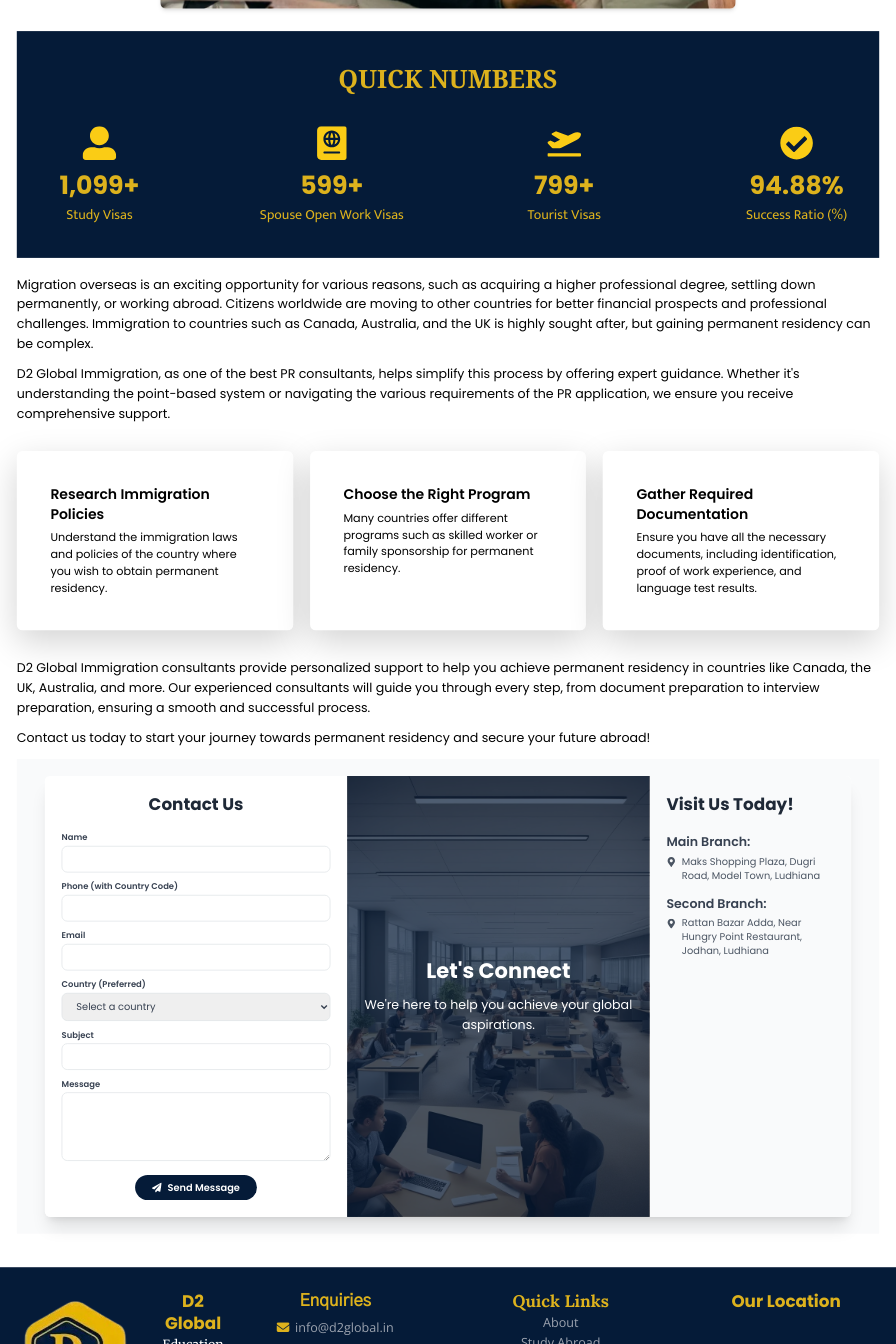
Repository: abhijeets54/d2globalbackup
Page: /PR
An editor plug-in stored every save of this project. The page is shown before and after the next save, followed by the edit.
The browser window is 1280 px wide. The pictures show the part of the page from y = 858 to 2778 px (the page is 3033 px tall before and 2339 px after), at 70% of full size.
Pictures or frames that could not be fetched are drawn as grey boxes. Some web fonts or font styles are not loaded; a fallback is used. The project was rebuilt for these pictures with package versions that can differ from the ones it lists, and the page was loaded fresh each time. Also part of the build but not shown: vite.config.js, src/components/Logo.jsx, src/components/Button.jsx, src/components/PostCard.jsx, src/components/Input.jsx, src/components/Collage.jsx, src/components/OurAssociates.jsx, src/components/WhatPeopleAreSaying.jsx and 32 more.

Above is the page before, as saved 2024-10-22 14:49:31.

### index.html
<!doctype html>
<html lang="en">
  <head>
    <meta charset="UTF-8" />
    <link rel="icon" type="image/svg+xml" href="/logo.png" />
    <meta name="viewport" content="width=device-width, initial-scale=1.0" />
    <link href="https://fonts.googleapis.com/css2?family=Gothic+A1&family=Inconsolata:wght@200..900&family=Mukta:wght@200;300;400;500;600;700;800&family=Poppins:ital,wght@0,100;0,200;0,300;0,400;0,500;0,600;0,700;0,800;0,900;1,100;1,200;1,300;1,400;1,500;1,600;1,700;1,800;1,900&display=swap" rel="stylesheet">
    <link rel="preconnect" href="https://fonts.googleapis.com">
<link rel="preconnect" href="https://fonts.gstatic.com" crossorigin>
<link href="https://fonts.googleapis.com/css2?family=Lora:ital,wght@0,400..700;1,400..700&family=Merriweather:ital,wght@0,300;0,400;0,700;0,900;1,300;1,400;1,700;1,900&family=Open+Sans:ital,wght@0,300..800;1,300..800&family=Playfair+Display:ital,wght@0,400..900;1,400..900&display=swap" rel="stylesheet">
    <link rel="preconnect" href="https://fonts.googleapis.com">
<link rel="preconnect" href="https://fonts.gstatic.com" crossorigin>
<link href="https://fonts.googleapis.com/css2?family=Lora:ital,wght@0,400..700;1,400..700&family=Merriweather:ital,wght@0,300;0,400;0,700;0,900;1,300;1,400;1,700;1,900&family=Open+Sans:ital,wght@0,300..800;1,300..800&display=swap" rel="stylesheet">
    <link rel="preconnect" href="https://fonts.googleapis.com">
<link rel="preconnect" href="https://fonts.gstatic.com" crossorigin>
<link href="https://fonts.googleapis.com/css2?family=Merriweather:ital,wght@0,300;0,400;0,700;0,900;1,300;1,400;1,700;1,900&display=swap" rel="stylesheet">
    <link href="https://cdn.jsdelivr.net/npm/bootstrap@5.3.3/dist/css/bootstrap.min.css" rel="stylesheet" integrity="sha384-QWTKZyjpPEjISv5WaRU9OFeRpok6YctnYmDr5pNlyT2bRjXh0JMhjY6hW+ALEwIH" crossorigin="anonymous">
    <link
  rel="stylesheet"
  href="https://cdnjs.cloudflare.com/ajax/libs/font-awesome/5.15.3/css/all.min.css"
/>
    <title>D2 Global</title>
  </head>
  <body class="bg-slate-400">
    <div id="root"></div>
    <script src="https://cdn.jsdelivr.net/npm/bootstrap@5.3.3/dist/js/bootstrap.bundle.min.js" integrity="sha384-YvpcrYf0tY3lHB60NNkmXc5s9fDVZLESaAA55NDzOxhy9GkcIdslK1eN7N6jIeHz" crossorigin="anonymous"></script>
    <script type="module" src="/src/main.jsx"></script>
  </body>
</html>

### src/main.jsx
import React from 'react';
import ReactDOM from 'react-dom/client';
import { RouterProvider, createBrowserRouter } from 'react-router-dom';
import App from './App.jsx';
import './index.css';
import Home from './pages/Home.jsx';
import About from './components/About.jsx';
import Layout from './components/Layout.jsx';
import AboutUs from './pages/AboutUs.jsx';
import StudyUK from './pages/StudyUK.jsx';
import StudyAus from './pages/StudyAus.jsx';
import StudyCan from './pages/StudyCan.jsx';
import StudyNz from './pages/StudyNz.jsx';
import StudyUSA from './pages/StudyUSA.jsx';
import StudyEurope from './pages/StudyEurope.jsx';
import StudyDubai from './pages/StudyDubai.jsx';
import StudyAbroad from './pages/StudyAbroad.jsx';
import Training from './pages/Training.jsx';
import TouristVisa from './pages/TouristVisa.jsx';
import WorkVisa from './pages/WorkVisa.jsx';
import VisitorVisa from './pages/VisitorVisa.jsx';
import Contactpage from './pages/Contactpage.jsx';
import PR from './pages/PR.jsx';
import IELTSCoaching from './pages/IELTSCoaching.jsx';
import PTECoaching from './pages/PTECoaching.jsx';
import SuccessStories from './pages/SuccessStories.jsx';

const router = createBrowserRouter([
  {
    path: '/',
    element: <App />,
    children: [
      {
        element: <Layout />,
        children: [
          { path: '/', element: <Home /> },
          { path: '/About', element: <About />},
          { path: '/AboutUs', element: <AboutUs />},
          { path: '/StudyUK', element: <StudyUK /> },
          { path: '/StudyAus', element: <StudyAus /> },
          { path: '/StudyAbroad', element: <StudyAbroad /> },
          { path: '/Training', element: <Training /> },
          { path: '/SuccessStories', element: <SuccessStories /> },
          { path: '/StudyUSA', element: <StudyUSA /> },
          { path: '/Contactpage', element: <Contactpage /> },
          { path: '/IELTSCoaching', element: <IELTSCoaching /> },
          { path: '/PTECoaching', element: <PTECoaching /> },
          { path: '/PR', element: <PR /> },
          { path: '/WorkVisa', element: <WorkVisa /> },
          { path: '/StudyEurope', element: <StudyEurope /> },
          { path: '/StudyDubai', element: <StudyDubai /> },
          { path: '/TouristVisa', element: <TouristVisa /> },
          { path: '/VisitorVisa', element: <VisitorVisa /> },
          { path: '/StudyCan', element: <StudyCan /> },
          { path: '/StudyNz', element: <StudyNz /> },
        ],
      },
    ],
  },
]);

ReactDOM.createRoot(document.getElementById('root')).render(
  <React.StrictMode>
    <RouterProvider router={router} />
  </React.StrictMode>
);

### src/App.jsx
import React, { useState, useEffect } from 'react'
import './App.css'
import { Footer, Header } from './components'
import { Outlet } from 'react-router-dom'


function App() {
  const [loading, setLoading] = useState(false)

  return !loading ? (
    <div className='min-h-screen flex flex-wrap content-between bg-gray-400'>
      <div className='w-full block'>
        <Header />
        <main>
        <Outlet />
        </main>
        <Footer />
      </div>
    </div>
  ) : null
}

export default App

### src/index.css
@tailwind base;
@tailwind components;
@tailwind utilities;

@keyframes slideIn {
    from {
      transform: translateX(100%);
      opacity: 0;
    }
    to {
      transform: translateX(0);
      opacity: 1;
    }
  }

  .slide-in {
    animation: slideIn 0.5s ease-out;
  }
  /* Animation for sliding content */
.slide-enter {
    transform: translateX(100%);
    opacity: 0;
  }

  .slide-enter-active {
    transform: translateX(0);
    opacity: 1;
    transition: transform 0.3s ease-in-out, opacity 0.3s ease-in-out;
  }

  .slide-exit {
    transform: translateX(0);
    opacity: 1;
  }

  .slide-exit-active {
    transform: translateX(-100%);
    opacity: 0;
    transition: transform 0.3s ease-in-out, opacity 0.3s ease-in-out;
  }

  /* Custom CSS to hide the scrollbar */
.scrollbar-hide::-webkit-scrollbar {
    display: none;
  }

  .scrollbar-hide {
    -ms-overflow-style: none; /* IE and Edge */
    scrollbar-width: none; /* Firefox */
  }

  @layer utilities {
    @keyframes slideIn {
      from {
        opacity: 0;
        transform: translateX(100%);
      }
      to {
        opacity: 1;
        transform: translateX(0);
      }
    }

    .animate-slide-in {
      animation: slideIn 0.7s ease-out forwards;
    }
  }
  /* Optional: Add custom animations */
@keyframes move-plane {
  from {
    transform: translateY(0);
  }
  to {
    transform: translateY(500px); /* Adjust this value based on the desired movement */
  }
}
@keyframes slideInLeft {
  from {
    transform: translateX(-100%);
    opacity: 0;
  }
  to {
    transform: translateX(0);
    opacity: 1;
  }
}

@keyframes slideInRight {
  from {
    transform: translateX(100%);
    opacity: 0;
  }
  to {
    transform: translateX(0);
    opacity: 1;
  }
}

.slide-in-left {
  animation: slideInLeft 0.5s forwards;
}

.slide-in-right {
  animation: slideInRight 0.5s forwards;
}
@media (max-width: 768px) {
  .left-slide, .right-slide {
    left: -80px; /* Adjust for smaller screens */
    transform: translateX(-5px); /* Adjust for spacing */
  }
}

@media (max-width: 480px) {
  .left-slide, .right-slide {
    left: -60px; /* Adjust for mobile screens */
    transform: translateX(-3px); /* Adjust for spacing */
  }

  .w-56 {
    width: 90% !important; /* Full width on mobile */
  }

  .w-64 {
    width: 90% !important; /* Full width on mobile */
  }
}

@keyframes slide-left {
  from {
    transform: translateX(-100%);
  }
  to {
    transform: translateX(0);
  }
}

@keyframes slide-right {
  from {
    transform: translateX(100%);
  }
  to {
    transform: translateX(0);
  }
}

.animate-slide-left {
  animation: slide-left 0.5s ease-in-out;
}

.animate-slide-right {
  animation: slide-right 0.5s ease-in-out;
}

/* In your CSS file */
.blurred-bg {
  background-image: url('/path-to-your-image.jpg'); /* Background image */
  background-size: cover;
  background-position: center;
  filter: blur(8px); /* Adjust blur as needed */
  position: absolute;
  top: 0;
  left: 0;
  right: 0;
  bottom: 0;
  z-index: -1; /* Send it behind other content */
}

### src/components/Layout.jsx
// src/components/Layout.jsx
import React from 'react';
import { Outlet, useNavigate } from 'react-router-dom';

const Layout = () => {
  const navigate = useNavigate();

  const handleDonateClick = () => {
    navigate('/Donate');
  };

  return (
    <div>
      <Outlet />
      {/* <a
        href="#top"
        className="fixed right-2 bottom-16 bg-blue-950 text-white hover:bg-yellow-500 py-1 px-2 rounded-2 h-8 w-10 mt-2"
        style={{ zIndex: 1000 }}
      >
        <img src="../../IOC Website pictures/icons8-top-50.png" alt="Go to top " />
      </a> */}
    </div>
  );
};

export default Layout;

### src/pages/PR.jsx
import React from 'react';
import prImage from '/pr.webp';
import QuickNumbers from '../components/QuickNumbers';
import Register from '../components/Register';
import QuickEnquiry from '../components/ContactUs/QuickEnquiry';

const PR = () => {
  return (
    <>
    {/* <QuickEnquiry/> */}
      <div className="w-full bg-white px-4 sm:px-6 md:px-8 py-5">
        {/* Heading */}
        <h1 className="text-3xl font-bold mb-4 text-left text-black">
          Permanent Residency Program
        </h1>

        {/* Initial Text */}
        <p className="text-lg text-left text-black mb-6">
          We at D2 Global Immigration provide consultancy for the Permanent Residency program under Express Entry for Canada. We offer a free assessment to our clients, followed by a detailed counseling session, explaining the entire process. Our services include explaining the point-based system for Canada PR, the requirements, the filing process, and the fee structure—all with complete transparency. Visit our nearest branch to get your profile assessed.
        </p>

        {/* Image */}
        <div className="w-full flex justify-center mb-8">
          <img src={prImage} alt="Permanent Residency Consultation" className="rounded-lg shadow-md w-full md:w-2/3" />
        </div>

        <QuickNumbers/>
            <br />
        {/* Further Details */}
        <div className="text-lg text-left text-black space-y-4">
          <p>
            Migration overseas is an exciting opportunity for various reasons, such as acquiring a higher professional degree, settling down permanently, or working abroad. Citizens worldwide are moving to other countries for better financial prospects and professional challenges. Immigration to countries such as Canada, Australia, and the UK is highly sought after, but gaining permanent residency can be complex.
          </p>

          <p>
            D2 Global Immigration, as one of the best PR consultants, helps simplify this process by offering expert guidance. Whether it's understanding the point-based system or navigating the various requirements of the PR application, we ensure you receive comprehensive support.
          </p>
        </div>

        {/* Steps Section with Dynamic Boxes */}
        <div className="grid grid-cols-1 md:grid-cols-2 lg:grid-cols-3 gap-6 mt-10">
          {/* Step 1 */}
          <div className="bg-white p-5 shadow-lg rounded-lg hover:shadow-2xl transition-shadow duration-300 ease-in-out">
            <h3 className="text-xl font-semibold text-black mb-2 text-left">Research Immigration Policies</h3>
            <p className="text-black text-left">
              Understand the immigration laws and policies of the country where you wish to obtain permanent residency.
            </p>
          </div>
          {/* Step 2 */}
          <div className="bg-white p-5 shadow-lg rounded-lg hover:shadow-2xl transition-shadow duration-300 ease-in-out">
            <h3 className="text-xl font-semibold text-black mb-2 text-left">Choose the Right Program</h3>
            <p className="text-black text-left">
              Many countries offer different programs such as skilled worker or family sponsorship for permanent residency.
            </p>
          </div>
          {/* Step 3 */}
          <div className="bg-white p-5 shadow-lg rounded-lg hover:shadow-2xl transition-shadow duration-300 ease-in-out">
            <h3 className="text-xl font-semibold text-black mb-2 text-left">Gather Required Documentation</h3>
            <p className="text-black text-left">
              Ensure you have all the necessary documents, including identification, proof of work experience, and language test results.
            </p>
          </div>
        </div>

        {/* Closing Section */}
        <div className="mt-10 text-lg text-left text-black space-y-4">
          <p>
            D2 Global Immigration consultants provide personalized support to help you achieve permanent residency in countries like Canada, the UK, Australia, and more. Our experienced consultants will guide you through every step, from document preparation to interview preparation, ensuring a smooth and successful process.
          </p>
          <p>
            Contact us today to start your journey towards permanent residency and secure your future abroad!
          </p>
          <Register/>
        </div>
      </div>
    </>
  );
};

export default PR;

### src/App.css
#root {
  margin: 0 auto;
  text-align: center;
  font-family: "Poppins", sans-serif;
  font-weight: 400;
  font-style: normal;
}

/* Global reset for margins and padding */
* {
  margin: 0;
  padding: 0;
  box-sizing: border-box;
}

.logo {
  height: 6em;
  padding: 1.5em;
  will-change: filter;
  transition: filter 300ms;
}
.logo:hover {
  filter: drop-shadow(0 0 2em #646cffaa);
}
.logo.react:hover {
  filter: drop-shadow(0 0 2em #61dafbaa);
}

@keyframes logo-spin {
  from {
    transform: rotate(0deg);
  }
  to {
    transform: rotate(360deg);
  }
}

@media (prefers-reduced-motion: no-preference) {
  a:nth-of-type(2) .logo {
    animation: logo-spin infinite 20s linear;
  }
}

.card {
  padding: 2em;
}

.read-the-docs {
  color: #888;
}

/*Animation banner*/
/* App.css */
/* App.css */
.animate-scroll {
  display: flex;
  animation: scroll 43s linear infinite;
}

@keyframes scroll {
  0% {
    transform: translateX(100%);
  }
  80% {
    transform: translateX(-20%);
  }
  100% {
    transform: translateX(-100%);
  }
}

/*Font*/
.poppins-thin {
  font-family: "Poppins", sans-serif;
  font-weight: 100;
  font-style: normal;
}

.poppins-extralight {
  font-family: "Poppins", sans-serif;
  font-weight: 200;
  font-style: normal;
}

.poppins-light {
  font-family: "Poppins", sans-serif;
  font-weight: 300;
  font-style: normal;
}

.poppins-regular {
  font-family: "Poppins", sans-serif;
  font-weight: 400;
  font-style: normal;
}

.poppins-medium {
  font-family: "Poppins", sans-serif;
  font-weight: 500;
  font-style: normal;
}

.poppins-semibold {
  font-family: "Poppins", sans-serif;
  font-weight: 600;
  font-style: normal;
}

.poppins-bold {
  font-family: "Poppins", sans-serif;
  font-weight: 700;
  font-style: normal;
}

.poppins-extrabold {
  font-family: "Poppins", sans-serif;
  font-weight: 800;
  font-style: normal;
}

.poppins-black {
  font-family: "Poppins", sans-serif;
  font-weight: 900;
  font-style: normal;
}

.poppins-thin-italic {
  font-family: "Poppins", sans-serif;
  font-weight: 100;
  font-style: italic;
}

.poppins-extralight-italic {
  font-family: "Poppins", sans-serif;
  font-weight: 200;
  font-style: italic;
}

.poppins-light-italic {
  font-family: "Poppins", sans-serif;
  font-weight: 300;
  font-style: italic;
}

.poppins-regular-italic {
  font-family: "Poppins", sans-serif;
  font-weight: 400;
  font-style: italic;
}

.poppins-medium-italic {
  font-family: "Poppins", sans-serif;
  font-weight: 500;
  font-style: italic;
}

.poppins-semibold-italic {
  font-family: "Poppins", sans-serif;
  font-weight: 600;
  font-style: italic;
}

.poppins-bold-italic {
  font-family: "Poppins", sans-serif;
  font-weight: 700;
  font-style: italic;
}

.poppins-extrabold-italic {
  font-family: "Poppins", sans-serif;
  font-weight: 800;
  font-style: italic;
}

.poppins-black-italic {
  font-family: "Poppins", sans-serif;
  font-weight: 900;
  font-style: italic;
}

/*our Associates */
@keyframes scroll {
  0% {
    transform: translate3d(0, 0, 0);
  }
  100% {
    transform: translate3d(-50%, 0, 0);
  }
}

.animate-scroll1 {
  animation: scroll 20s linear infinite;
}

/*What people are saying*/
@keyframes scroll {
  0% {
    transform: translateX(100%);
  }
  100% {
    transform: translateX(-100%);
  }
}

.animate-scroll2 {
  overflow: hidden;
  display: flex;
  white-space: wrap;
  animation: scroll 45s linear infinite;
}

/* in your CSS file */

### src/components/QuickNumbers.jsx
import React, { useEffect, useState, useRef } from 'react';
import CountUp from 'react-countup';
import { FaUserAlt, FaPassport, FaPlaneDeparture, FaCheckCircle } from 'react-icons/fa';
import 'tailwindcss/tailwind.css';

const data = [
  {
    icon: <FaUserAlt className="h-12 w-12 text-yellow-400 mb-2" />,
    number: 1100,
    label: 'Study Visas'
  },
  {
    icon: <FaPassport className="h-12 w-12 text-yellow-400 mb-2" />,
    number: 600,
    label: 'Spouse Open Work Visas'
  },
  {
    icon: <FaPlaneDeparture className="h-12 w-12 text-yellow-400 mb-2" />,
    number: 800,
    label: 'Tourist Visas'
  },
  {
    icon: <FaCheckCircle className="h-12 w-12 text-yellow-400 mb-2" />,
    number: 95,
    label: 'Success Ratio (%)',
    isDecimal: true,
  }
];

function QuickNumbers() {
  const [showCounts, setShowCounts] = useState(false);
  const quickNumbersRef = useRef(null);

  useEffect(() => {
    const observer = new IntersectionObserver(
      (entries) => {
        if (entries[0].isIntersecting) {
          setShowCounts(true);
        }
      },
      { threshold: 0.2 }
    );

    if (quickNumbersRef.current) {
      observer.observe(quickNumbersRef.current);
    }

    return () => {
      if (quickNumbersRef.current) {
        observer.unobserve(quickNumbersRef.current);
      }
    };
  }, []);

  return (
    <div ref={quickNumbersRef} className="bg-customBlue w-full">
      <h2 className="text-center text-2xl sm:text-4xl font-serif font-extrabold text-customYellow pt-5 mb-8">
        QUICK NUMBERS
      </h2>

      {/* Responsive Grid Layout */}
      <div className="grid grid-cols-1 sm:grid-cols-2 lg:grid-cols-4 gap-8 lg:gap-24 mt-5 pb-5">
        {data.map((item, index) => (
          <div key={index} className="text-center text-customYellow flex flex-col items-center">
            <div className="quicknumber flex flex-col justify-center items-center">
              <div className="icon mb-2">{item.icon}</div>
              <h3 className="text-2xl sm:text-4xl font-bold font-poppins"> {/* Use custom font here */}
                {showCounts && (
                  <CountUp
                    end={item.number}
                    duration={7}
                    decimals={item.isDecimal ? 2 : 0}
                    suffix={item.isDecimal ? "%" : "+"}
                  />
                )}
              </h3>
              <p className="mt-2 text-base sm:text-xl font-mukta"> {/* Use custom font here */}
                {item.label}
              </p>
            </div>
          </div>
        ))}
      </div>
    </div>
  );
}

export default QuickNumbers;

### src/components/ContactUs/ContactUs.jsx
import React from 'react';
import '@fortawesome/fontawesome-free/css/all.min.css';

const ContactUs = () => {
  return (
    <footer className="bg-customBlue text-customYellow py-8">
      <div className="container mx-auto grid grid-cols-1 md:grid-cols-2 lg:grid-cols-4 gap-8 text-lg">

        {/* Logo and Company Name Section */}
        <div className="flex items-center md:items-start space-x-4">
          <img src="/logo.png" alt="D2 Global Logo" className="w-32 h-auto md:w-48" />
          <div className="flex flex-col">
            <p className="text-2xl font-bold font-poppins">D2 Global</p>
            <p className="text-white text-lg font-merriweather">Education and Immigration</p>
          </div>
        </div>

        {/* Enquiries Section */}
        <div className="space-y-2 text-center md:text-left">
          <p className="font-bold text-2xl font-gothic">Enquiries</p>
          <p>
            <i className="fas fa-envelope mr-2"></i>
            <a href="mailto:info@d2global.com" className="text-gray-400 hover:text-customYellow font-openSans">
              info@d2global.in
            </a>
          </p>
          <p className="font-openSans">
            <i className="fas fa-phone mr-2"></i>
            +91 98789 90455
          </p>
        </div>

        {/* Quick Links Section */}
        <div className="space-y-4 text-center md:text-left">
          <p className="font-bold text-2xl font-lora">Quick Links</p>
          <a href="/AboutUs" className="text-gray-400 hover:text-customYellow font-openSans">About</a> <br />
          <a href="/StudyAbroad" className="text-gray-400 hover:text-customYellow font-openSans">Study Abroad</a> <br />
          <a href="/TouristVisa" className="text-gray-400 hover:text-customYellow font-openSans">Tourist Visa</a> <br />
          <a href="/ContactUs" className="text-gray-400 hover:text-customYellow font-openSans">Contact Us</a> <br />
          <a href="/PR" className="text-gray-400 hover:text-customYellow font-openSans">Permanent Residency</a> <br />
          <a href="/Training" className="text-gray-400 hover:text-customYellow font-openSans">Training</a>
        </div>

        {/* Google Maps Location Section */}
        <div className="space-y-2">
          <p className="font-bold text-2xl font-poppins text-center md:text-left">Our Location</p>
          <iframe
            src="https://www.google.com/maps/embed?pb=!1m18!1m12!1m3!1d3424.0981680924483!2d75.84533397619774!3d30.88391467830946!2m3!1f0!2f0!3f0!3m2!1i1024!2i768!4f13.1!3m3!1m2!1s0x391a8256b1dba32d%3A0x89337467ae3275ed!2sD2%20Global!5e0!3m2!1sen!2sin!4v1728041069574!5m2!1sen!2sin"
            width="100%"
            height="200"
            allowFullScreen=""
            loading="lazy"
            title="Google Map"
            className="border-0"
          />
        </div>

      </div>

      {/* Footer Bottom */}
      <div className="text-center text-customYellow mt-8 text-lg font-inconsolata">
        <p>All rights reserved © D2 Global.</p>
      </div>
    </footer>
  );
};

export default ContactUs;

### src/components/container/Container.jsx
import React from 'react'

function Container({ children }) {
  return <div className='w-full'>{children}</div>
}

export default Container

Loaded but not shown: tailwind.config.js (53 lines, source omitted); src/components/index.js (19 lines, source omitted); src/components/Header/Header.jsx (248 lines, source omitted); src/components/Register.jsx (177 lines, source omitted)

After the next save:
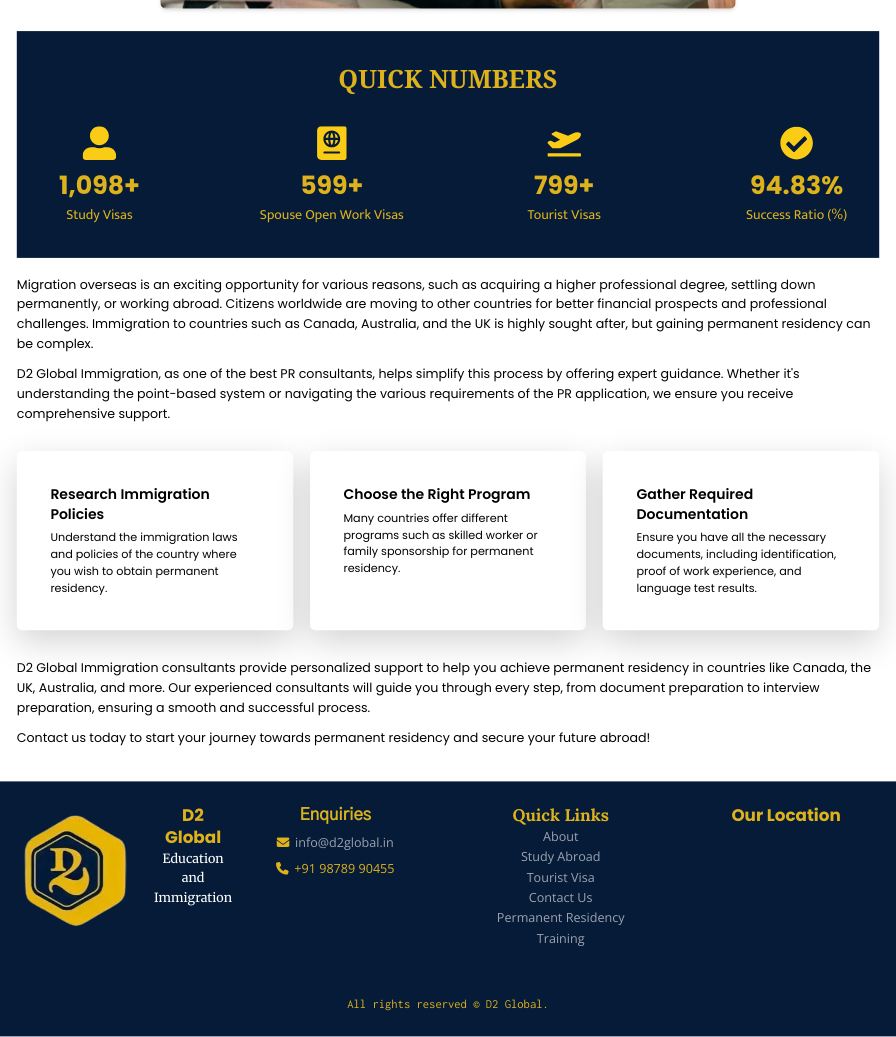
Saved 10 s later.
--- a/src/pages/PR.jsx
+++ b/src/pages/PR.jsx
@@ -70,7 +70,7 @@
           <p>
             Contact us today to start your journey towards permanent residency and secure your future abroad!
           </p>
-          <Register/>
+          {/* <Register/> */}
         </div>
       </div>
     </>
